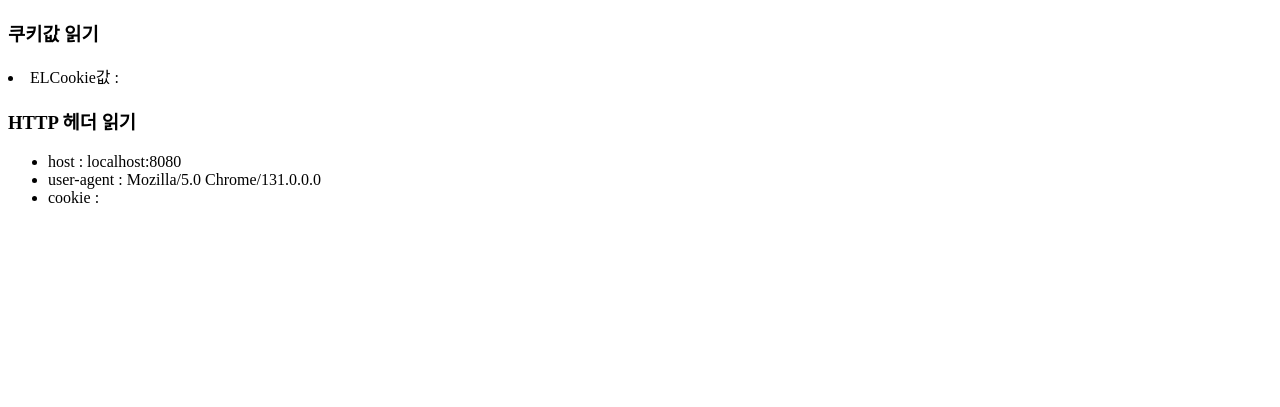
Repository: dogksi/JSP
Page: http://localhost/TestJSP/EL/OtherImplicitObj.jsp
An editor plug-in stored every save of this project. The page is shown before and after the next save, followed by the edit.
The browser window is 1280 px wide. The pictures show the whole page.
The page is served by Tomcat 10. Nobody is signed in. The application's start-up code is not run. Other server files are loaded and not shown.

Above is the page before, as saved 2023-09-15 07:35:09.

### TestJSP/src/main/webapp/EL/OtherImplicitObj.jsp
<%@page import="utils.CookieManager"%>
<%@ page language="java" contentType="text/html; charset=UTF-8"
    pageEncoding="UTF-8"%>
<%
CookieManager.makeCookie(response, "ELCookei", "EL좋아요", 10);
%>
<!DOCTYPE html>
<html>
<head>
<meta charset="UTF-8">
<title>표현 언어(EL) - 그 외 내장 객체</title>
</head>
<body>
	<h3>쿠키값 읽기</h3>
	<li>ELCookie값 : ${cookie.ELCookie.value }</li>

	<h3>HTTP 헤더 읽기</h3>
	<ul>
		<li>host : ${header.host }</li>
		<li>user-agent : ${header['user-agent'] }</li>
		<li>cookie : ${header.cookie }</li>
	</ul>
</body>
</html>

### TestJSP/src/main/java/utils/CookieManager.java
package utils;

import jakarta.servlet.http.Cookie;
import jakarta.servlet.http.HttpServletRequest;
import jakarta.servlet.http.HttpServletResponse;

public class CookieManager {
	// 명시한 이름, 값, 유지 기간 조건으로 새로운 쿠키를 생성합니다.
	public static void makeCookie(HttpServletResponse response, String cName, String cValue, int cTime) {
		Cookie cookie = new Cookie(cName, cValue);	// 쿠키 생성
		cookie.setPath("/");		// 경로 설정
		cookie.setMaxAge(cTime);	// 유지 기간 설정
		response.addCookie(cookie);	// 응답 객체에 추가
	}

	// 명시한 이름의 쿠키를 찾아 그 값을 반환합니다.
	public static String readCookie(HttpServletRequest request, String cName) {
		String cookieValue="";	// 반환 값

		Cookie[] cookies = request.getCookies();
		if(cookies != null) {
			for(Cookie c : cookies) {
				String cookieName = c.getName();
				if(cookieName.equals(cName)) {
					cookieValue = c.getValue();	// 반환 값 갱신
				}
			}
		}
		return cookieValue;
	}

	// 명시한 이름의 쿠키를 삭제합니다.
	public static void deleteCookie(HttpServletResponse response, String cName) {
		makeCookie(response, cName, "", 0);
	}
}

After the next save:
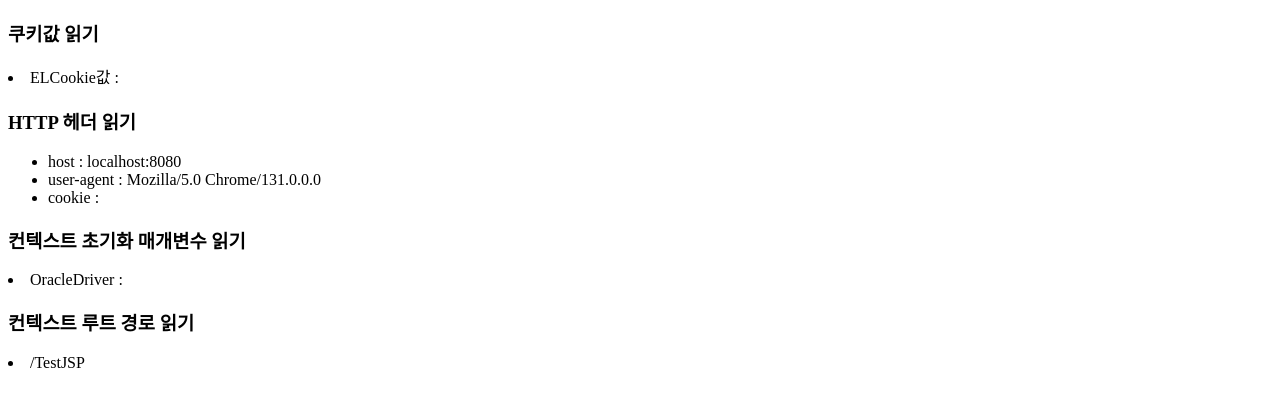
Saved 82 s later.
--- a/TestJSP/src/main/webapp/EL/OtherImplicitObj.jsp
+++ b/TestJSP/src/main/webapp/EL/OtherImplicitObj.jsp
@@ -20,5 +20,11 @@ CookieManager.makeCookie(response, "ELCookei", "EL좋아요", 10);
 		<li>user-agent : ${header['user-agent'] }</li>
 		<li>cookie : ${header.cookie }</li>
 	</ul>
+
+	<h3>컨텍스트 초기화 매개변수 읽기</h3>
+	<li>OracleDriver : ${initParam.OracleDriver }</li>
+
+	<h3>컨텍스트 루트 경로 읽기</h3>
+	<li>${pageContext.request.contextPath }</li>
 </body>
 </html>
